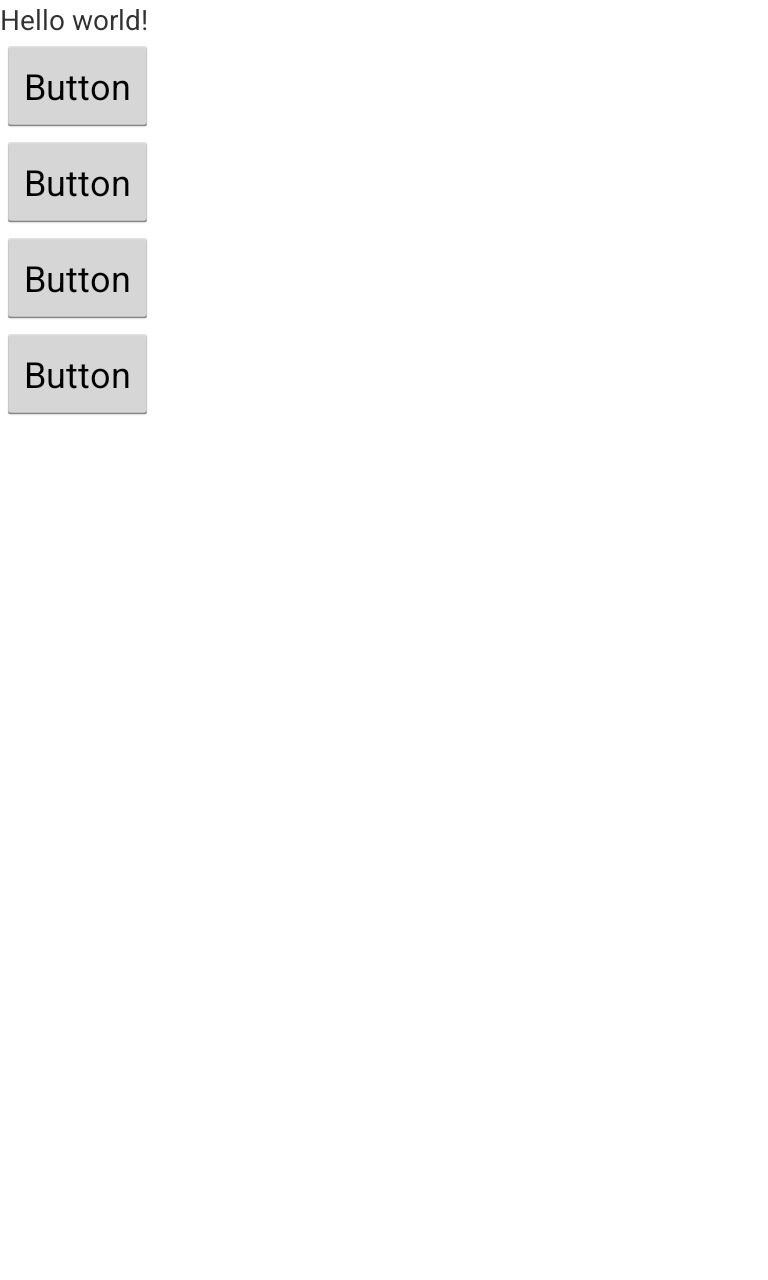
Repository: supremehappy/Android
Layout: IntentTest1/res/layout/activity_main.xml
The author's editor kept a copy of each file at every save. The layout is drawn from the files as they stood at one save, then again after the next save.
It is drawn on a 768 x 1280 px phone screen (xhdpi) without system bars, with theme AppTheme; the app's code is not run.

Above is the layout before, as saved 2017-08-25 02:11:54.

### IntentTest1/res/layout/activity_main.xml
<LinearLayout xmlns:android="http://schemas.android.com/apk/res/android"
    xmlns:tools="http://schemas.android.com/tools"
    android:id="@+id/LinearLayout1"
    android:layout_width="match_parent"
    android:layout_height="match_parent"
    android:orientation="vertical"
    tools:context="${relativePackage}.${activityClass}" >

    <TextView
        android:id="@+id/textView1"
        android:layout_width="wrap_content"
        android:layout_height="wrap_content"
        android:text="@string/hello_world" />

    <Button
        android:id="@+id/button1"
        android:layout_width="wrap_content"
        android:layout_height="wrap_content"
        android:text="Button" />

    <Button
        android:id="@+id/button2"
        android:layout_width="wrap_content"
        android:layout_height="wrap_content"
        android:text="Button" />

    <Button
        android:id="@+id/button3"
        android:layout_width="wrap_content"
        android:layout_height="wrap_content"
        android:text="Button" />

    <Button
        android:id="@+id/button4"
        android:layout_width="wrap_content"
        android:layout_height="wrap_content"
        android:text="Button" />

</LinearLayout>

### IntentTest1/res/values/strings.xml
<?xml version="1.0" encoding="utf-8"?>
<resources>

    <string name="app_name">IntentTest1</string>
    <string name="hello_world">Hello world!</string>

</resources>

Loaded but not shown: IntentTest1/res/values/styles.xml (common file); IntentTest1/res/values-v11/styles.xml (common file); IntentTest1/res/values-v14/styles.xml (common file)

After the next save:
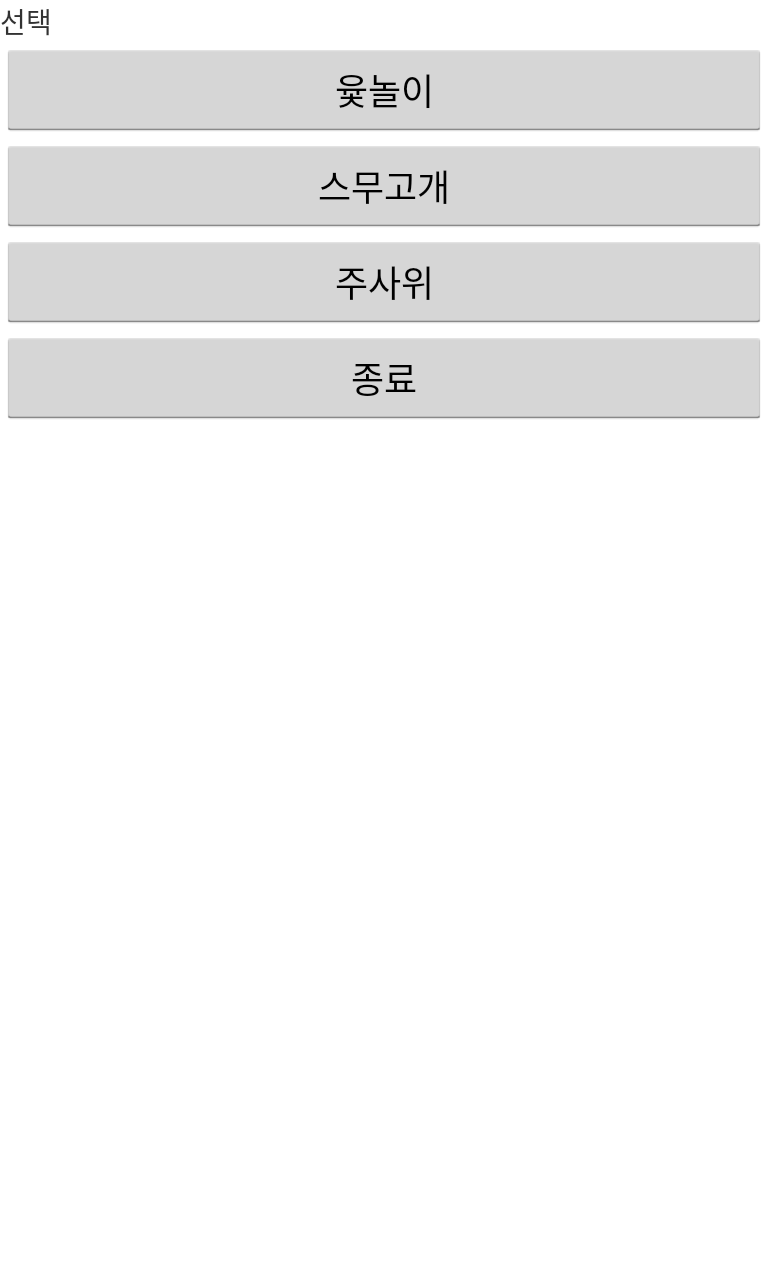
Saved 2 min 3 s later.
--- a/IntentTest1/res/layout/activity_main.xml
+++ b/IntentTest1/res/layout/activity_main.xml
@@ -8,32 +8,32 @@
 
     <TextView
         android:id="@+id/textView1"
-        android:layout_width="wrap_content"
+        android:layout_width="fill_parent"
         android:layout_height="wrap_content"
-        android:text="@string/hello_world" />
+        android:text="선택" />
 
     <Button
-        android:id="@+id/button1"
-        android:layout_width="wrap_content"
+        android:id="@+id/btn_yut"
+        android:layout_width="fill_parent"
         android:layout_height="wrap_content"
-        android:text="Button" />
+        android:text="윷놀이" />
 
     <Button
-        android:id="@+id/button2"
-        android:layout_width="wrap_content"
+        android:id="@+id/btn_twe"
+        android:layout_width="fill_parent"
         android:layout_height="wrap_content"
-        android:text="Button" />
+        android:text="스무고개" />
 
     <Button
-        android:id="@+id/button3"
-        android:layout_width="wrap_content"
+        android:id="@+id/btn_dice"
+        android:layout_width="fill_parent"
         android:layout_height="wrap_content"
-        android:text="Button" />
+        android:text="주사위" />
 
     <Button
-        android:id="@+id/button4"
-        android:layout_width="wrap_content"
+        android:id="@+id/exit"
+        android:layout_width="fill_parent"
         android:layout_height="wrap_content"
-        android:text="Button" />
+        android:text="종료" />
 
 </LinearLayout>
